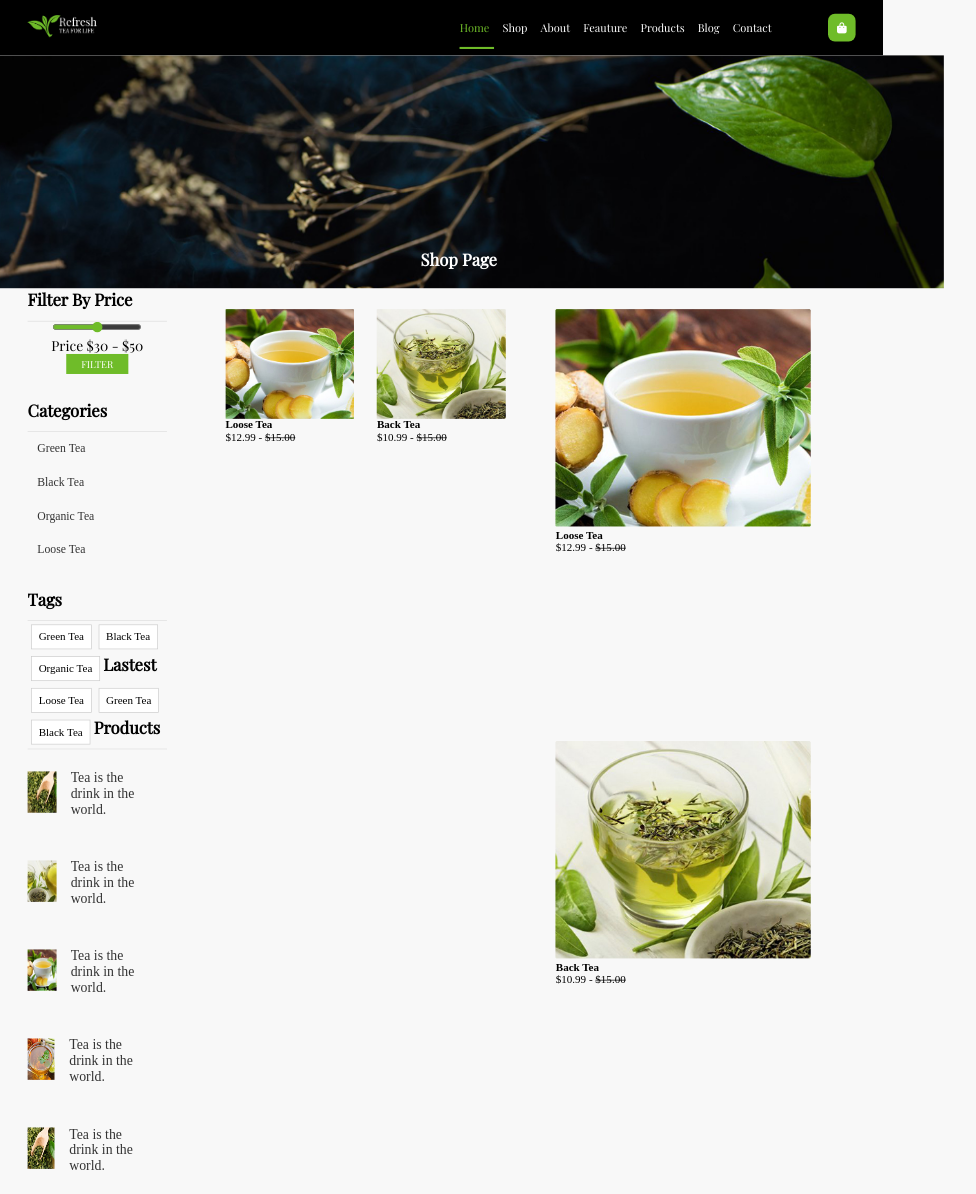
Repository: 52hzwhaleblue/school_teashop
Page: shop.html
The author's editor kept a copy of each file at every save. The page is drawn from the files as they stood at one save, then again after the next save.
The browser window is 1280 px wide. The page is 1368 px wide, then 1415 px, so the pictures cover 1415 px, including what lies to the right of the window. The pictures show the whole page, at 69% of full size.
Some web libraries are served in a nearby version.

Above is the page before, as saved 2022-05-06 22:36:23.

### shop.html
<!DOCTYPE html>
<html lang="en">

<head>
    <meta charset="UTF-8">
    <meta http-equiv="X-UA-Compatible" content="IE=edge">
    <meta name="viewport" content="width=device-width, initial-scale=1.0">

    <!-- Style CSS -->
    <link rel="stylesheet" href="./style.css" stylesheet="text/style.css" />

    <!-- googel fonts -->
    <link rel="preconnect" href="https://fonts.googleapis.com" />
    <link rel="preconnect" href="https://fonts.gstatic.com" crossorigin />
    <link href="https://fonts.googleapis.com/css2?family=Playfair+Display&display=swap" rel="stylesheet" />

    <!-- cdn -->
    <link rel="stylesheet" href="https://cdnjs.cloudflare.com/ajax/libs/font-awesome/6.1.1/css/all.min.css" integrity="sha512-KfkfwYDsLkIlwQp6LFnl8zNdLGxu9YAA1QvwINks4PhcElQSvqcyVLLD9aMhXd13uQjoXtEKNosOWaZqXgel0g==" crossorigin="anonymous" referrerpolicy="no-referrer"
    />

    <!-- App.js -->
    <script src="./app.js">
    </script>

    <title>Shop</title>
</head>

<body>
    <!-- header -->
    <div class="header-wrapper">
        <div class="center">
            <div class="row">
                <div class="logo">
                    <img src="./images/logo.png" alt="" />
                </div>

                <div class="menu">
                    <ul>
                        <li class="active"><a href="#">Home</a></li>
                        <li><a href="#">Shop</a></li>
                        <li><a href="#">About</a></li>
                        <li><a href="#">Feauture</a></li>
                        <li><a href="#">Products</a></li>
                        <li><a href="#">Blog</a></li>
                        <li><a href="#">Contact</a></li>
                    </ul>
                </div>

                <div class="cart">
                    <i class="fa-solid fa-bag-shopping"></i>
                </div>
            </div>
        </div>
    </div>

    <!-- silder -->
    <div class="slider-wrapper">
        <div class="slider-img">
            <img src="./images/shop-slide.jpg" alt="" />

            <div class="center">
                <div class="shop-slide-content">
                    <h2 class="heading">Shop Page</h2>
                </div>
            </div>
        </div>
    </div>


    <div class="shop-page-wrapper">
        <div class="center1">
            <div class="box-shop-page">
                <!-- filter by price -->
                <div class="price-filter-wrapper">
                    <div class="box-price-filter">
                        <h4>filter by price</h4>
                        <div class="price-range-bar">
                            <form class="multi-range-field my-5 pb-5">
                                <input id="multi3" class="multi-range" type="range" />
                            </form>

                            <div class="price-range">
                                <span>Price</span>
                                <span> $30 </span> -
                                <span> $50 </span>
                            </div>

                            <div class="filter-btn">
                                <p>filter</p>
                            </div>
                        </div>
                    </div>
                    <div class="catory-wrapper">
                        <div class="box-catory">
                            <h2>Categories</h2>
                        </div>
                        <div class="category">
                            <ul>
                               <li><a href="" class="btn1">Green Tea</a></li>
                               <li><a href="" class="btn1">Black Tea</a></li>
                               <li><a href="" class="btn1">Organic Tea</a></li>
                               <li><a href="" class="btn1">Loose Tea</a></li>
                            </ul>
                        </div>
                        <div class="box-catory">
                            <h2>Tags</h2>
                        </div>
                        <div class="category1">
                           <ul clas="list">
                               <li><a href="" class="btn">Green Tea</a></li>
                               <li><a href="" class="btn">Black Tea</a></li>
                               <li><a href="" class="btn">Organic Tea</a></li>
                               <li><a href="" class="btn">Loose Tea</a></li>
                               <li><a href="" class="btn">Green Tea</a></li>
                               <li><a href="" class="btn">Black Tea</a></li>
                           </ul>
                        </div>
                        <div class="box-catory">
                            <h2>Lastest Products</h2>
                        </div>
                        <div class="last-product">
                            <div class="row">
                                <div class="col-2">
                                    <img src="images/product-1.jpg">
                                </div>
                                <div class="col-2">
                                    <a href="" class="btn2">Tea is the drink in  the world. </a>
                                </div>
                            </div>
                      </div>
                      <div class="last-product">
                        <div class="row">
                            <div class="col-2">
                                <img src="images/product-2.jpg">
                            </div>
                            <div class="col-2">
                                <a href="" class="btn2">Tea is the drink in  the world.</a>
                            </div>
                        </div>
                       </div>
                       <div class="last-product">
                        <div class="row">
                            <div class="col-2">
                                <img src="images/product-3.jpg">
                            </div>
                            <div class="col-2">
                                <a href="" class="btn2">Tea is the drink in  the world.</a>
                            </div>
                        </div>
                       </div>
                         <div class="last-product">
                          <div class="row">
                          <div class="col-2">
                             <img src="images/product-4.jpg">
                            </div>
                            <div class="col-2">
                             <a href="" class="btn2">Tea is the drink in  the world.</a>
                            </div>
                        </div>
                       </div>

                    <div class="last-product">
                        <div class="row">
                            <div class="col-2">
                                <img src="images/product-5.jpg">
                            </div>
                            <div class="col-2">
                                <a href="" class="btn2">Tea is the drink in  the world.</a>
                            </div>
                        </div>
                       </div>
                   </div>
               </div>
                <!-- shop-product -->
                <div class="shop-product-wrapper">
                    <div class="shop">
                        <img src="images/product-8.jpg">
                        <h4>Loose Tea</h4>
                        <p>$12.99 - <del>$15.00</del></p>
                        <p></p>
                    </div>

                    <div class="shop">
                        <img src="images/product-9.jpg">
                        <h4>Back Tea</h4>
                        <p>$10.99 - <del>$15.00</del></p>
                    </div>
                </div>
                <div class="shop-product-wrapper1">
                    <div class="shop1">
                        <img src="images/product-8.jpg">
                        <h4>Loose Tea</h4>
                        <p>$12.99 - <del>$15.00</del></p>
                        <p></p>
                    </div>

                    <div class="shop1">
                        <img src="images/product-9.jpg">
                        <h4>Back Tea</h4>
                        <p>$10.99 - <del>$15.00</del></p>
                    </div>
                </div>
            </div>

        </div>
    </div>

</body>

</html>

### style.css
* {
    padding: 0;
    margin: 0;
}

body {
    background-color: #f8f8f8;
}


/* header */

.header-wrapper {
    margin: 0 auto;
    background-color: #000000;
    position: sticky;
    top: 0;
    z-index: 1;
}

.center {
    width: 1200px;
    margin: 0 auto;
}

.header-wrapper .row {
    display: flex;
    justify-content: space-between;
    align-items: center;
    padding: 20px 0;
}


/* logo */

.logo {
    width: 50.0450045005%;
}

.logo img {
    width: 100px;
}


/* menu */

.menu {
    width: 42.304230423%;
}

.menu ul li.active a {
    color: #6fbc29;
}

.menu ul li {
    display: inline-block;
    padding-right: 15px;
    position: relative;
}

.menu ul li:after {
    content: " ";
    width: 50px;
    border-bottom: 3px #6fbc29 solid;
    /* background-color: #6fbc29; */
    left: 0;
    bottom: -20px;
    position: absolute;
}

.menu ul li:not(.active):after {
    content: " ";
    width: 50px;
    border-bottom: 3px #6fbc29 solid;
    left: 0;
    bottom: -30px;
    position: absolute;
    opacity: 0;
    transition: 0.5s;
}

.menu ul li:hover:after {
    bottom: -20px;
    opacity: 1;
}

.menu ul li:hover a {
    color: #6fbc29;
}

.menu ul li a {
    text-decoration: none;
    color: #fff;
    font-family: "Playfair Display", serif;
}


/* cart */

.cart {
    width: 40px;
    height: 40px;
    border-radius: 25%;
    background-color: #6fbc29;
    display: flex;
    justify-content: center;
    align-items: center;
}

.cart i {
    color: #fff;
}


/* silder */

.slider-wrapper {
    width: 1368px;
    margin: 0 auto;
    overflow: hidden;
}

.slider-img {
    display: flex;

}

.slider-img img {
    max-width: 1368px;
}
.slider-img input{
    display: none;
}


.slider-wrapper .home-slide-content {
    width: 446px;
    position: absolute;
    top: 20%;
    left: calc((100% - 1200px) / 2);
}

.slider-wrapper .shop-slide-content {
    width: 446px;
    position: absolute;
    top: 50%;
    left: calc(100% /2.1);
}

.home-slide-content .heading {
    text-transform: uppercase;
    font-family: "Playfair Display";
    font-size: 16px;
    color: #fff;
}

.shop-slide-content .heading {
    text-transform: capitalize;
    font-family: "Playfair Display";
    /* font-size: 50px; */
    color: #fff;
}


.home-slide-content .subHeading {
    text-transform: capitalize;
    font-family: "Playfair Display";
    font-size: 50px;
    padding: 26px 0 50px 0;
    color: #fff;
}

.home-slide-content .subHeading span {
    color: #6fbc29;
    text-transform: capitalize;
    font-size: 50px;
}

.home-slide-content .slider-btn {
    width: 130px;
    /* height: 35px; */
    background-color: #6fbc29;
    display: flex;
    justify-content: center;
    align-items: center;
}

.slider-btn a {
    font-family: "Playfair Display";
    font-size: 14px;
    text-transform: uppercase;
    color: #fff;
    text-decoration: none;
    padding: 10px 0;
}


/* new product */

.product-wrapper {
    width: 1368px;
    margin: 0 auto;
    padding: 57px 0;
}

.title-main {
    padding-bottom: 52px;
}

.title-main h1 {
    font-family: "Playfair Display";
    font-size: 35px;
    text-transform: capitalize;
    color: #212529;
    text-align: center;
}

.title-main .icon {
    text-align: center;
    padding: 23px 0 18px 0;
}

.heading-icon .icon img {
    width: 100px;
}

.title-main .subTitle {
    width: 540px;
    margin: 0 auto;
}

.title-main .subTitle p {
    font-family: "Playfair Display";
    font-size: 14px;
    color: #212529;
    text-align: center;
}


/* product items */

.product-items {
    display: flex;
    flex-wrap: wrap;
    justify-content: space-between;
}

.product-items .item {
    /* width: calc(100% / 4); */
}

.product-items .item .img {
    position: relative;
}

.modal {
    position: absolute;
    width: 100%;
    height: 100%;
    bottom: 0;
    opacity: 0;
    background-color: #6fbc29;
    transition: 0.7s;
}

.modal-content h4 {
    font-family: "Playfair Display", serif;
    color: #fff;
    text-align: center;
    text-transform: capitalize;
}

.modal-content {
    padding: 48px;
}

.modal-content p {
    font-size: 14px;
    font-family: "Playfair Display", serif;
    color: #fff;
    text-align: center;
    padding: 20px 0;
}

.readmore-btn {
    width: 130px;
    background-color: #fff;
    border: 1px #fff solid;
    padding: 5px 0;
    margin: 0 auto;
    text-align: center;
}

.readmore-btn a {
    text-decoration: none;
    color: #6fbc29;
    font-size: 14px;
    font-family: "Playfair Display", serif;
    text-transform: uppercase;
}

.readmore-btn:hover {
    background-color: transparent;
}

.readmore-btn:hover a {
    text-decoration: none;
    color: #fff;
    font-size: 14px;
    font-family: "Playfair Display", serif;
    text-transform: uppercase;
}

.product-items .img:hover .modal {
    top: 0;
    opacity: 0.8;
}

.product-btn {
    display: flex;
    justify-content: center;
}

.btn-left,
.btn-right {
    border-radius: 50%;
    width: 30px;
    height: 30px;
    background-color: #6fbc29;
    margin: 0 10px;
    display: flex;
    align-items: center;
    justify-content: center;
    color: #fff;
    margin-top: 35px;
}

.btn-left:hover,
.btn-right:hover {
    border-radius: 50%;
    width: 30px;
    height: 30px;
    background-color: #fff;
    margin: 0 10px;
    display: flex;
    align-items: center;
    justify-content: center;
    color: #6fbc29;
    margin-top: 35px;
}


/* information */

.information {
    width: 1368px;
    margin: 0 auto;
    background-color: #f8f8f8;
    display: flex;
    justify-content: space-between;
}

.info-img img {
    max-width: 730px;
}

.info-content {
    width: 37.6461988304%;
    padding: 85px 0 125px 30px;
}

.info-content h2 {
    font-size: 35px;
    font-family: "Playfair Display", serif;
}

.info-content p {
    font-size: 14px;
    font-family: "Playfair Display", serif;
    margin: 10px 0;
}

.information .readmore-info-btn {
    width: 130px;
    background-color: #6fbc29;
    padding: 5px 0;
    text-align: center;
}

.information .readmore-info-btn a {
    text-decoration: none;
    color: #fff;
    font-size: 14px;
    font-family: "Playfair Display", serif;
    text-transform: uppercase;
}

.information .readmore-info-btn:hover {
    background-color: #fff;
}

.information .readmore-info-btn:hover a {
    text-decoration: none;
    color: #6fbc29;
    font-size: 14px;
    font-family: "Playfair Display", serif;
    text-transform: uppercase;
}

.criteria-wrapper {
    width: 100%;
    height: 368px;
}

.criteria-items {
    max-width: 1368px;
    display: flex;
    justify-content: center;
}

.criteria-items .item {
    padding: 0 10px;
    box-sizing: border-box;
}


/* featured product */
.center1 {
    width: 1200px;
    margin: 0 auto;
    display:  flex;
    flex-wrap: wrap;
}

.featured-product-wrapper {}

.featured-product-items {
    display: flex;
    justify-content: space-between;
    flex-wrap: wrap;
    margin-bottom: 50px;
}

.featured-product-items .item {
    width: calc(100% / 3);
}

.featured-product-items .item .img {
    position: relative;
}

.featured-product-items .img .modal {
    border-radius: 50%;
}

.featured-product-items .img:hover .modal {
    top: 0;
    opacity: 0.8;
    width: 92.5%;
}

.featured-product-items .item .title {
    text-align: center;
    font-family: "Playfair Display";
    font-weight: 600;
    font-size: 20px;
}

.featured-product-items .item .description {
    text-align: center;
    font-family: "Playfair Display";
    font-size: 14px;
}

.featured-product-items .item img {
    border-radius: 50%;
}


/* Information Wrapper */

.info-wrapper {
    position: relative;
}

.info-wrapper img {
    height: 435px;
    width: 100%;
}

.info-heading {
    top: 0;
    width: 490px;
    margin: 55px 0;
    position: absolute;
}

.info-heading .title {
    font-family: "Playfair Display";
    font-size: 35px;
    font-weight: 600;
}

.info-heading .subTitle {
    font-family: "Playfair Display";
    font-size: 14px;
    margin: 25px 0 50px 0;
}

.readmore-info-btn {
    width: 130px;
    background-color: #6fbc29;
    border: 1px #fff solid;
    padding: 5px 0;
    /* margin: 0 auto; */
    text-align: center;
}

.readmore-info-btn a {
    text-decoration: none;
    color: #fff;
    font-size: 14px;
    font-family: "Playfair Display", serif;
    text-transform: uppercase;
}

.readmore-info-btn:hover {
    background-color: #fff;
}

.readmore-info-btn:hover a {
    text-decoration: none;
    color: #6fbc29;
    font-size: 14px;
    font-family: "Playfair Display", serif;
    text-transform: uppercase;
}


/* video */

.video-wrapper {
    position: relative;
    display: flex;
    justify-content: center;
}

.bg-overlay {
    position: relative;
    z-index: 1;
}

.bg-overlay:after {
    background: #000 none repeat scroll 0 0;
    content: "";
    height: 100%;
    left: 0;
    opacity: 0.8;
    position: absolute;
    top: 0;
    width: 100%;
}

.video-wrapper .center {
    width: 1200px;
    margin: 0 auto;
    display: flex;
    justify-content: center;
}

.video-wrapper img {
    width: 100%;
}

.video-wrapper .title-main {
    top: 0;
    position: absolute;
    z-index: 2;
    margin-top: 55px;
}

.video-wrapper .title-main .title {
    color: #fff;
}

.video-wrapper .title-main .icon img {
    width: 200px;
}

.video-wrapper .title-main .subTitle p {
    color: #fff;
}

.box-video {
    /* width: 890px;
    height: 442px; */
    bottom: 25%;
    z-index: 1;
    position: absolute;
}


/* Shop Page */

.box-shop-page {
    display: flex;
    justify-content: space-between;
}

.price-filter-wrapper {
    width: 28.3333333333%;
}

.box-price-filter h4 {
    font-family: "Playfair Display", serif;
    font-size: 24px;
    text-transform: capitalize;
    border-bottom: 1px #dedede solid;
    padding-bottom: 15px;
}



/* Price Range Input */

#multi3 {
    accent-color: #6FBC29;
}

.price-range-bar {
    text-align: center;
}

.price-range {
    font-family: "Playfair Display", serif;
    font-size: 20px;
}

.filter-btn {
    width: 90px;
    height: 35px;
    margin: 0 auto;
}

.filter-btn:hover {
    width: 90px;
    height: 35px;
    margin: 0 auto;
}

.filter-btn p {
    font-family: "Playfair Display", serif;
    font-size: 14px;
    color: #fff;
    text-transform: uppercase;
    background-color: #6fbc29;
    padding: 5px 20px;
}

.filter-btn p:hover {
    font-family: "Playfair Display", serif;
    font-size: 14px;
    color: #6fbc29;
    text-transform: uppercase;
    background-color: #fff;
    padding: 5px 20px;
    border: 1px #6fbc29 solid;
}
.box-catory h2{
    font-family: "Playfair Display", serif;
    font-size: 24px;
    text-transform: capitalize;
    border-bottom: 1px #dedede solid;
    padding-bottom: 15px;
    padding-top: 30px;
}
.category ul li a {
    text-decoration: none;
    color:#333333;
    font-size: 17px;
    transition: 0.3s;
    border-bottom: 1px solid transparent;
    padding: 5px 0;
    display: block;
    padding: 14px;

}
ul{
    list-style-type: none;
}
.btn1:hover{
   color: #6fbc29;
   border-bottom: 1px solid #6fbc29;
}
.btn{
    display: inline-block;
    background: #fff;
    color: #000000;
    padding: 8px 10px;
    margin: 5px 5px;
    border: 1px solid #cccccc;
}

.btn:hover {
    background: #6fbc29;
    color: #fff;
}
.category1 ul li a{
    text-decoration: none;
    float: left;
}
.row {
    display: flex;
    align-items: center;
}

.col-2 img {
    width: 130%;
    height: 60px;
    padding: 10px 0;
    margin: 30px 20;
}
.btn2{
    color:#333333;
    padding: 30px;
    text-decoration: none;
    font-size: 20px;
    display: inline-block;
}
.btn2:hover{
    color:#6fbc29;
}
.shop-product-wrapper{
    display: flex;
    align-items: top;
    flex-wrap: wrap;
    justify-content: space-around;
    padding: 20px;
    margin: 10px;
}
.shop {
    flex-basis: 25%;
    min-width: 100px;
    margin-bottom: 20px;
}
.shop img{
    width: 170%;
    height: auto;
    display: block;
    margin: auto;
}
.shop-product-wrapper1{
    display: flex;
    align-items: top;
    flex-wrap: wrap;
    justify-content: space-around;
    padding: 20px;
    margin: 10px;
}
/* ----Product---- */

### app.js
/* $('#multi3').mdbRange({
    width: '100%',
    single: {
        active: true,
        multi: {
            active: true,
            rangeLength: 2
        },
    }
}); */

After the next save:
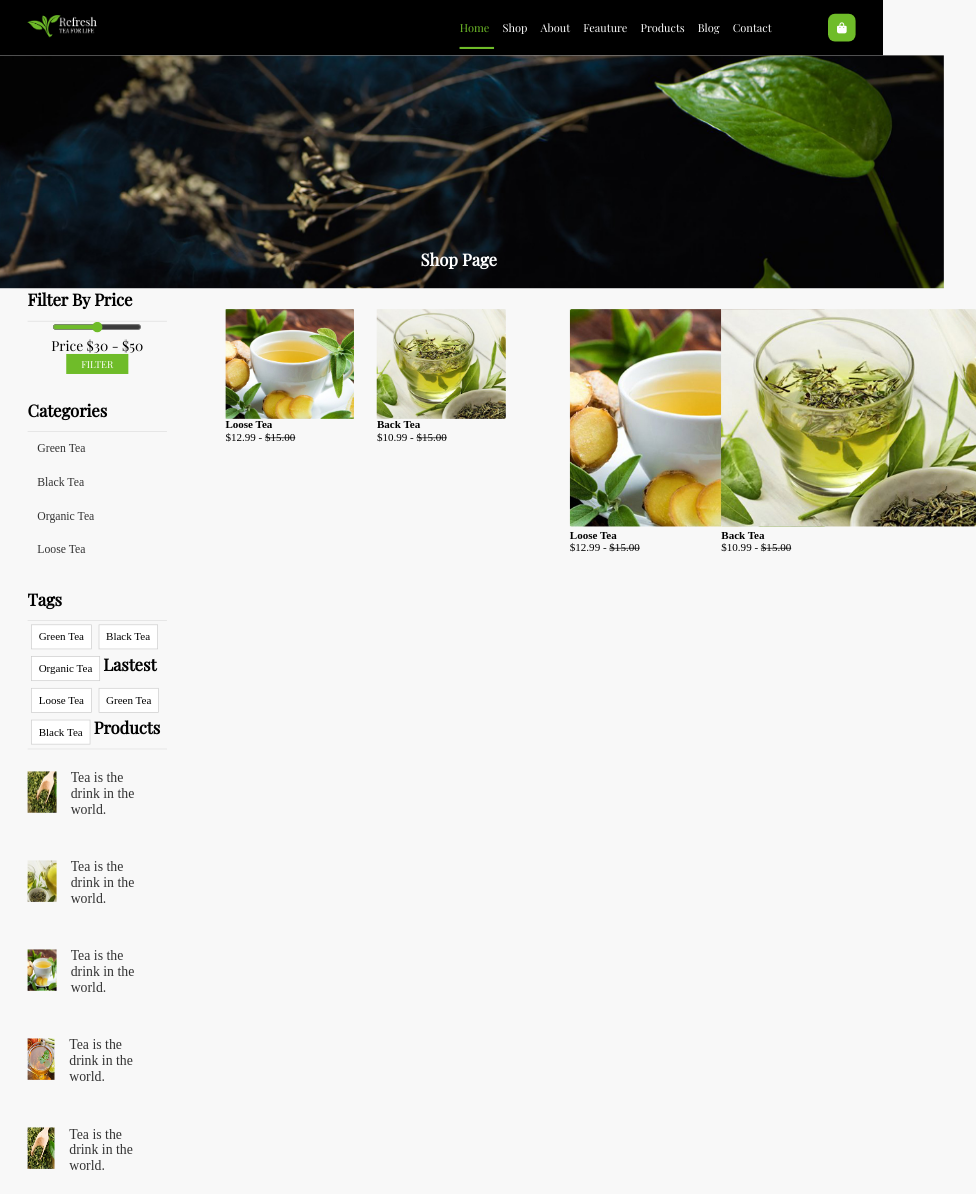
Saved 18 s later.
--- a/style.css
+++ b/style.css
@@ -757,4 +757,9 @@ ul{
     padding: 20px;
     margin: 10px;
 }
+.shop1 {
+    flex-basis: 25%;
+    min-width: 100px;
+    margin-bottom: 20px;
+}
 /* ----Product---- */
